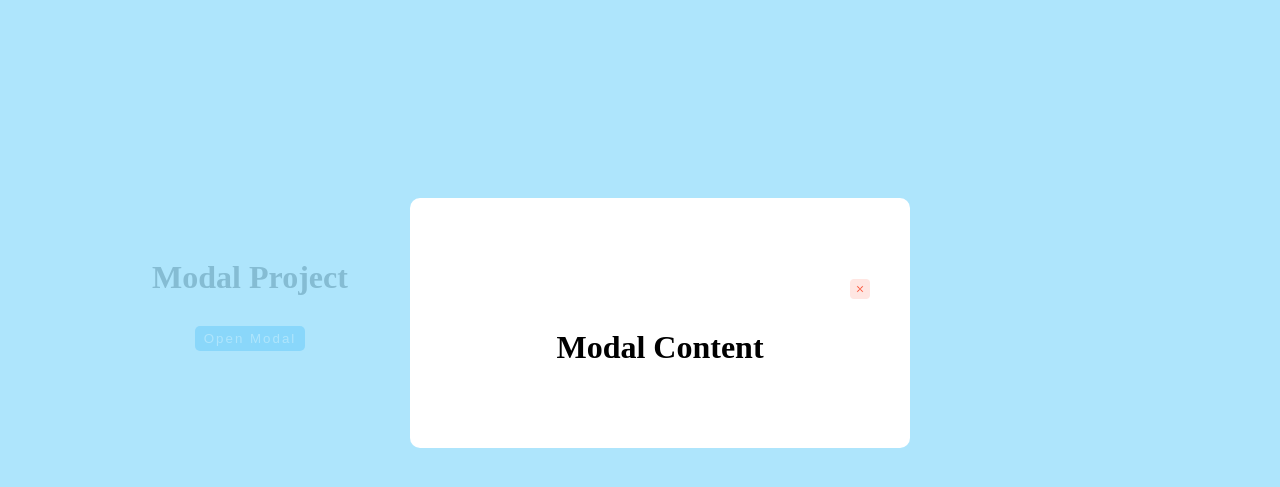
Repository: Trapti10/20-js-practice-projects-in-7-days-challenge
Page: Project_4_Modal_Project/index.html
An editor plug-in stored every save of this project. The page is shown before and after the next save, followed by the edit.
The browser window is 1280 px wide. The pictures show the whole page.

Above is the page before, as saved 2025-11-24 13:55:00.

After the next save:
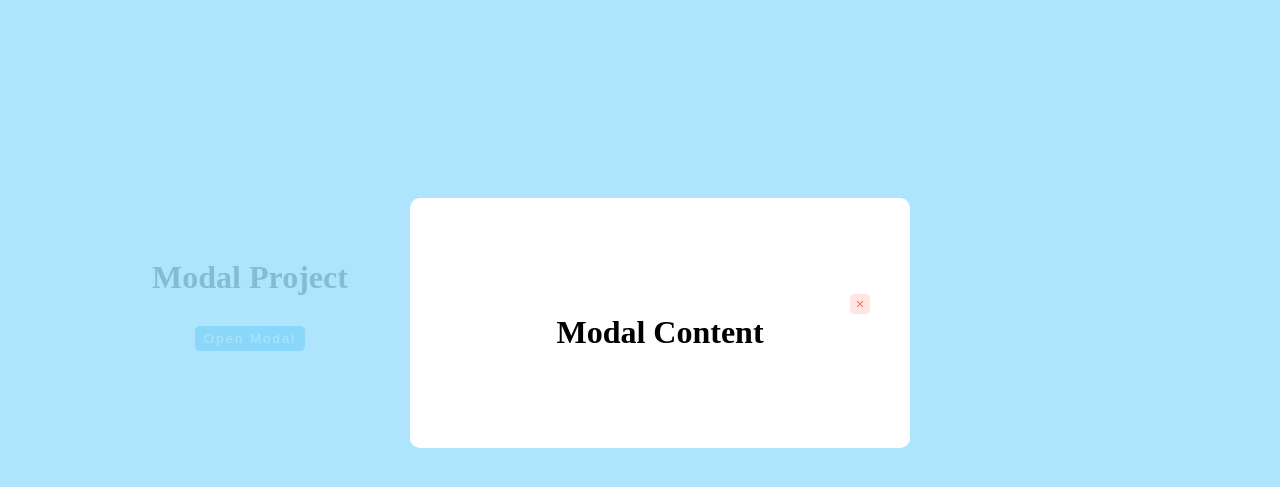
Saved 8 s later.
--- a/Project_4_Modal_Project/style.css
+++ b/Project_4_Modal_Project/style.css
@@ -79,7 +79,7 @@ button:hover{
     flex-direction: column;
     border: none;
     border-radius: 10px;
-    gap: 30px;
+    gap: 0px;
 }
 
 .madal-container img{
